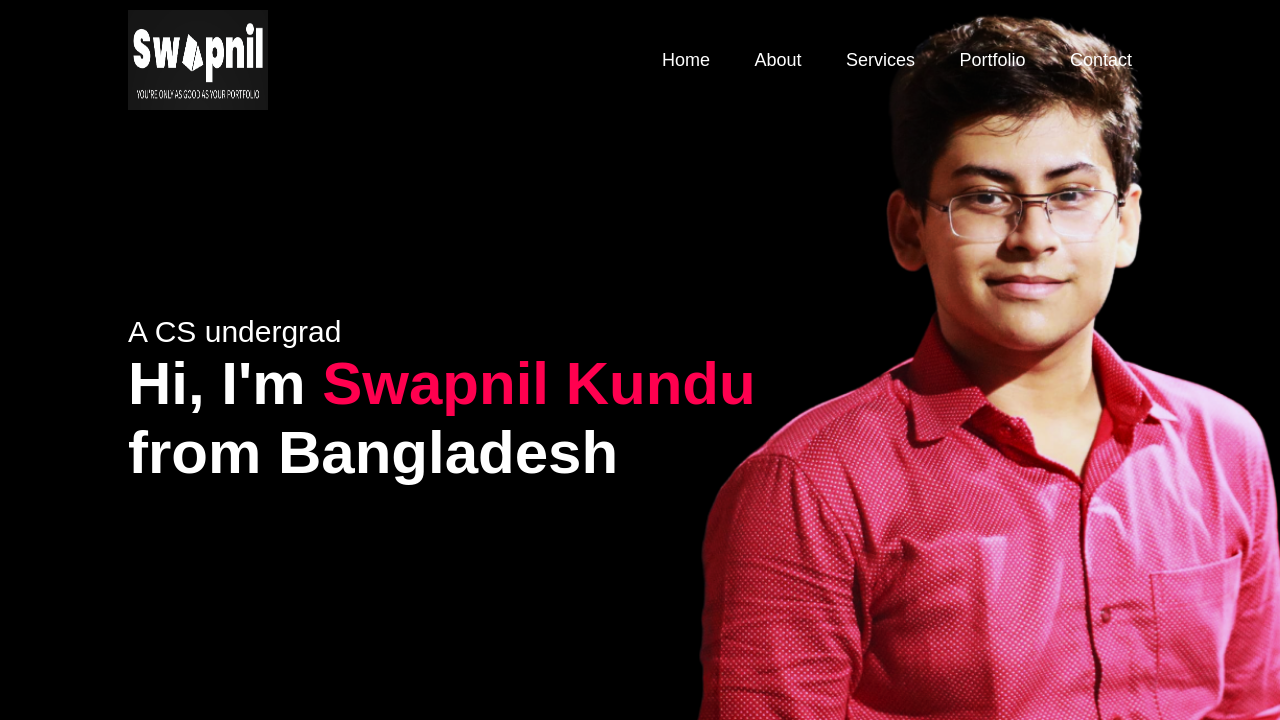
Repository: SwapnilKundu/portfolio
Page: index.html
These files come from the project's save history. The page is drawn as it stood at one moment and after the next save; the edit follows.
The browser window is 1280 px wide. The pictures show the whole page.

Above is the page before, as saved 2024-01-19 04:09:18.

### index.html
<!DOCTYPE html>
<html lang="en">
<head>
    <meta charset="UTF-8">
    <meta name="viewport" content="width=device-width, initial-scale=1.0">
    <title>Personal Portfolio Website</title>
    <link rel="stylesheet" href="style.css">
</head>
<body>
  <div id="header">
    <div class="container">
        <nav>
            <img src="images/logo1.png" class= "logo" width="30" height="100">
            <ul>
                <li><a href ="#">Home</a></li>
                <li><a href ="#">About</a></li>
                <li><a href ="#">Services</a></li>
                <li><a href ="#">Portfolio</a></li>
                <li><a href ="#">Contact</a></li>
            </ul>
        </nav>
        <div class="header-text">

            <p>A CS undergrad </p>
            <h1>Hi, I'm <span>Swapnil Kundu</span> <br> from Bangladesh</h1>
        </div>
    </div>


  </div>
</body>
</html>

### style.css
*
{
    margin: 0;
    padding: 0;
    font-family: 'Poppins',sans-serif;
    box-sizing: border-box;
}

body
{
    background: #ffff;
    color: #fff;
}
#header
{
    width: 100%;
    height: 100vh;
    background-image: url(images/ccc2.png);
    background-size: cover;
    background-position: left;
    background-repeat: no-repeat;
    overflow: hidden;
}
.container
{
padding: 10px 10%;
}
nav{
    display: flex;
    align-items: center;
    justify-content: space-between;
    flex-wrap: wrap;
}
.logo{
    width: 140px;
}

nav ul li{
    display:inline-block;
    list-style: none;
    margin: 10px 20px;

}
nav ul li a{
    color: #fff;
    text-decoration:none ;
    font-size: 18px;
    position: relative;
}

nav ul li a::after
{
    content: '';
    width:0;
    height:3px;
    background:#ff004f;
    position: absolute;
    left: 0;
    bottom: -6px;
    transition: 0.5s;

}
nav ul li a:hover::after
{
    width:100%;
}
.header-text{
    margin-top: 20%;
    font-size: 30px;
}
.header-text h1
{
    font-size:60px;
}
.header-text h1 span
{
    color:#ff004f;
}

After the next save:
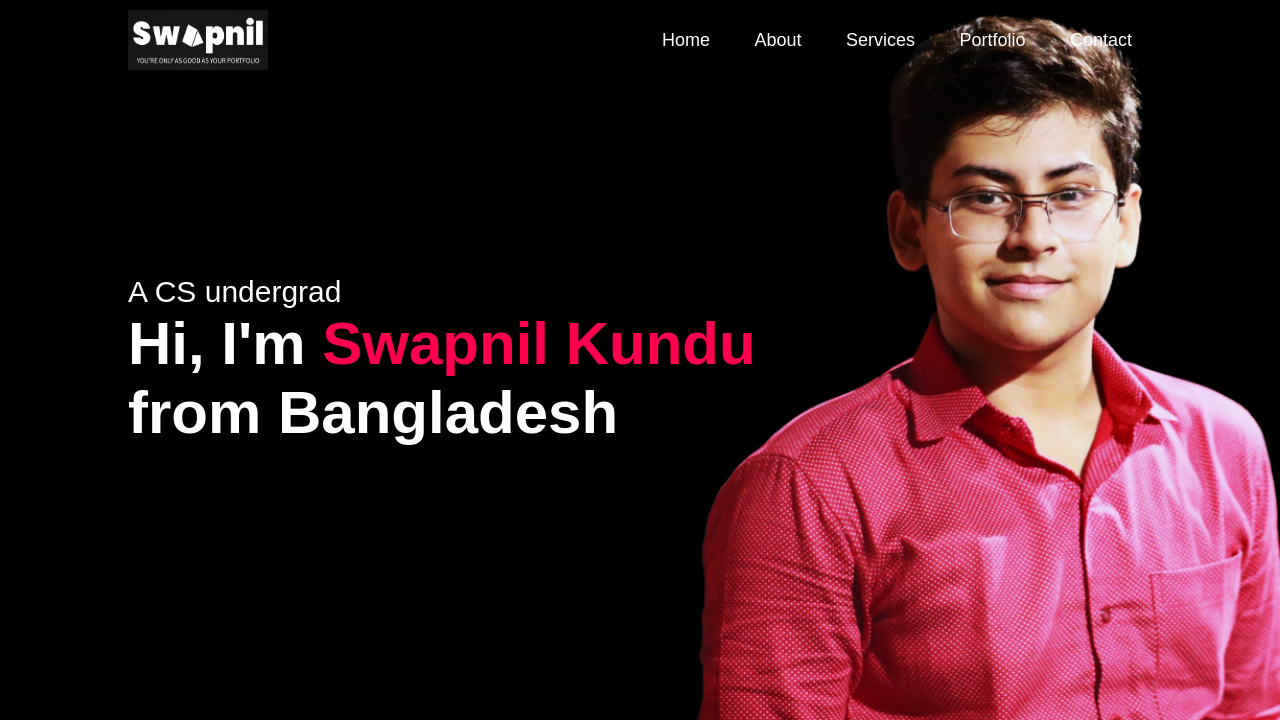
Saved 5 s later.
--- a/index.html
+++ b/index.html
@@ -10,7 +10,7 @@
   <div id="header">
     <div class="container">
         <nav>
-            <img src="images/logo1.png" class= "logo" width="30" height="100">
+            <img src="images/logo1.png" class= "logo" width="30" height="60">
             <ul>
                 <li><a href ="#">Home</a></li>
                 <li><a href ="#">About</a></li>
